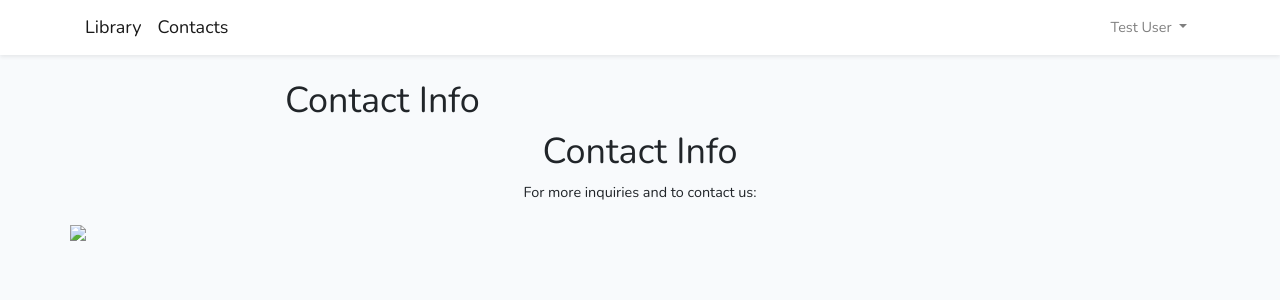
Repository: laravel-sys/groupOne
Page: http://localhost/contacts
These files come from the project's save history. The page is drawn as it stood at one moment and after the next save; the edit follows.
The browser window is 1280 px wide. The pictures show the whole page.
The page is served by the project's Laravel application, run on PHP 8.4 with Laravel 8. A made-up administrator, Test User (test@example.com), is signed in. Other server files are loaded and not shown. Style sheets and scripts are compiled from the project's sources, by tool versions that may differ from the author's. Queries for data that is not in the repository find no rows.

Above is the page before, as saved 2021-03-26 23:01:44.

### routes/web.php
<?php
use App\Http\Controllers\ContactsController;
use Illuminate\Support\Facades\Route;

/*
|--------------------------------------------------------------------------
| Web Routes
|--------------------------------------------------------------------------
|
| Here is where you can register web routes for your application. These
| routes are loaded by the RouteServiceProvider within a group which
| contains the "web" middleware group. Now create something great!
|
*/

Route::get('/', function () {
    return view('welcome');
});

Auth::routes();

Route::get('/home', [App\Http\Controllers\HomeController::class, 'index'])->name('home');

Route::resource('contacts', ContactsController::class);

### app/Models/User.php
<?php

namespace App\Models;

use Illuminate\Contracts\Auth\MustVerifyEmail;
use Illuminate\Database\Eloquent\Factories\HasFactory;
use Illuminate\Foundation\Auth\User as Authenticatable;
use Illuminate\Notifications\Notifiable;

class User extends Authenticatable
{
    use HasFactory, Notifiable;

    /**
     * The attributes that are mass assignable.
     *
     * @var array
     */
    protected $fillable = [
        'name',
        'email',
        'password',
    ];

    /**
     * The attributes that should be hidden for arrays.
     *
     * @var array
     */
    protected $hidden = [
        'password',
        'remember_token',
    ];

    /**
     * The attributes that should be cast to native types.
     *
     * @var array
     */
    protected $casts = [
        'email_verified_at' => 'datetime',
    ];

    public function contacts(){
        return $this->hasMany(Contact::class);
    }
}

### app/Http/Controllers/ContactsController.php
<?php

namespace App\Http\Controllers;

use App\Models\Contact;
use Illuminate\Http\Request;

use Illuminate\Support\Facades\Auth;

class ContactsController extends Controller
{
    public function __construct()
    {
        $this->middleware('auth' ,['except' => [
            'index',
        ]]);
        //$this->middleware('auth');
    }

    /**
     * Display a listing of the resource.
     *
     * @return \Illuminate\Http\Response
     */
    public function index()
    {
        $user=Auth::user();
        return view('index',['contacts'=>$user->contacts]);
        //return "OK";
    }

    /**
     * Show the form for creating a new resource.
     *
     * @return \Illuminate\Http\Response
     */
    public function create()
    {
        return view('create');
    }

    /**
     * Store a newly created resource in storage.
     *
     * @param  \Illuminate\Http\Request  $request
     * @return \Illuminate\Http\Response
     */
    public function store(Request $request)
    {
        request()->validate([
            'name' => 'required',
            'email' => 'required',
            'phone' => 'required',
            'subject' => 'required',
            'message' => 'required',
        ]);

        $contact->name = request('name');
        $contact->email = request('email');
        $contact->phone = request('phone');
        $contact->subject = request('subject');
        $contact->message = request('message');
        $contact->user_id = Auth::user()->id;

        $task->save();
        return redirect('contacts');
    }

    /**
     * Display the specified resource.
     *
     * @param  \App\Models\Contact  $contact
     * @return \Illuminate\Http\Response
     */
    public function show(Contact $contact)
    {
        return view('show', ['contact' => $contact]);
    }

    /**
     * Show the form for editing the specified resource.
     *
     * @param  \App\Models\Contact  $contact
     * @return \Illuminate\Http\Response
     */
    public function edit(Contact $contact)
    {
        return view('edit' , ['contact' => $contact]);
    }

    /**
     * Update the specified resource in storage.
     *
     * @param  \Illuminate\Http\Request  $request
     * @param  \App\Models\Contact  $contact
     * @return \Illuminate\Http\Response
     */
    public function update(Request $request, Contact $contact)
    {
        request()->validate([
            'name' => 'required',
            'email' => 'required',
            'phone' => 'required',
            'subject' => 'required',
            'message' => 'required',
        ]);

        $contact->name = request('name');
        $contact->email = request('email');
        $contact->phone = request('phone');
        $contact->subject = request('subject');
        $contact->message = request('message');
        $contact->user_id = Auth::user()->id;

        $contact->save();
        return redirect(route('contacts.index'));
    }

    /**
     * Remove the specified resource from storage.
     *
     * @param  \App\Models\Contact  $contact
     * @return \Illuminate\Http\Response
     */
    public function destroy(Contact $contact)
    {
        // $contact->delete();
        // return redirect(route('contacts.index'));
    }
}

### app/Models/Contact.php
<?php

namespace App\Models;

use Illuminate\Database\Eloquent\Factories\HasFactory;
use Illuminate\Database\Eloquent\Model;

class Contact extends Model
{
    use HasFactory;
    public function user(){
        return $this->belongsTo(User::class);
    }
}

### resources/views/index.blade.php
@extends('layouts.app')

@section('content')
<div class="container">
    <div class="col-lg-8 m-auto">
        <h1>Contact Info</h1>
        @foreach ($contacts as $contact)
            <div class="card mt-3">
                <p><a href="contacts/{{$contact->id}}"></p>
                <h3>Name:{{$contact->name}}</h3>
                <h3>Email:{{$contact->email}}</h3>
                <h3>Phone Number:{{$contact->phone}}</h3>
                <h3>Subject:{{$contact->subject}}</h3>
                <h3>Message:{{$contact->message}}</h3>
            </div>

        @endforeach
    </div>
</div>



            <div class="container">
            <div style="text-align:center">
                <h1>Contact Info</h1>
                    <p>For more inquiries and to contact us:</p>
            </div>
            <div class="row">
                <div class="column">
                <img src="/w3images/map.jpg" style="width:100%">
                </div>
                <div class="column">
                        <h3></h3>
                </div>
              </div>
            </div>
@endsection

### resources/views/layouts/app.blade.php
<!doctype html>
<html lang="{{ str_replace('_', '-', app()->getLocale()) }}">
<head>
    <meta charset="utf-8">
    <meta name="viewport" content="width=device-width, initial-scale=1">

    <!-- CSRF Token -->
    <meta name="csrf-token" content="{{ csrf_token() }}">

    <title>{{ config('app.name', 'Laravel') }}</title>

    <!-- Scripts -->
    <script src="{{ asset('js/app.js') }}" defer></script>

    <!-- Fonts -->
    <link rel="dns-prefetch" href="//fonts.gstatic.com">
    <link href="https://fonts.googleapis.com/css?family=Nunito" rel="stylesheet">
    <link rel="stylesheet" href="https://cdn.jsdelivr.net/npm/bootstrap@4.6.0/dist/css/bootstrap.min.css" integrity="sha384-B0vP5xmATw1+K9KRQjQERJvTumQW0nPEzvF6L/Z6nronJ3oUOFUFpCjEUQouq2+l" crossorigin="anonymous">

    <!-- Styles -->
    <link href="{{ asset('css/app.css') }}" rel="stylesheet">
</head>
<body>
    <div id="app">
        <nav class="navbar navbar-expand-md navbar-light bg-white shadow-sm">
            <div class="container">
                <a class="navbar-brand" href="{{ url('/home') }}">
                   Library
                </a>
                <button class="navbar-toggler" type="button" data-toggle="collapse" data-target="#navbarSupportedContent" aria-controls="navbarSupportedContent" aria-expanded="false" aria-label="{{ __('Toggle navigation') }}">
                    <span class="navbar-toggler-icon"></span>
                </button>

                <div class="collapse navbar-collapse" id="navbarSupportedContent">
                    <!-- Left Side Of Navbar -->
                    <ul class="navbar-nav mr-auto">
                            <a class="navbar-brand" href="{{ url('/contacts') }}">
                                  Contacts
                            </a>
                    </ul>

                    <!-- Right Side Of Navbar -->
                    <ul class="navbar-nav ml-auto">
                        <!-- Authentication Links -->
                        @guest
                            @if (Route::has('login'))
                                <li class="nav-item">
                                    <a class="nav-link" href="{{ route('login') }}">{{ __('Login') }}</a>
                                </li>
                            @endif

                            @if (Route::has('register'))
                                <li class="nav-item">
                                    <a class="nav-link" href="{{ route('register') }}">{{ __('Register') }}</a>
                                </li>
                            @endif
                        @else
                            <li class="nav-item dropdown">
                                <a id="navbarDropdown" class="nav-link dropdown-toggle" href="#" role="button" data-toggle="dropdown" aria-haspopup="true" aria-expanded="false" v-pre>
                                    {{ Auth::user()->name }}
                                </a>

                                <div class="dropdown-menu dropdown-menu-right" aria-labelledby="navbarDropdown">
                                    <a class="dropdown-item" href="{{ route('logout') }}"
                                       onclick="event.preventDefault();
                                                     document.getElementById('logout-form').submit();">
                                        {{ __('Logout') }}
                                    </a>

                                    <form id="logout-form" action="{{ route('logout') }}" method="POST" class="d-none">
                                        @csrf
                                    </form>
                                </div>
                            </li>
                        @endguest
                    </ul>
                </div>
            </div>
        </nav>

        <main class="py-4">
            @yield('content')
        </main>
    </div>

    <script src="https://code.jquery.com/jquery-3.5.1.slim.min.js" integrity="sha384-DfXdz2htPH0lsSSs5nCTpuj/zy4C+OGpamoFVy38MVBnE+IbbVYUew+OrCXaRkfj" crossorigin="anonymous"></script>
    <script src="https://cdn.jsdelivr.net/npm/bootstrap@4.6.0/dist/js/bootstrap.bundle.min.js" integrity="sha384-Piv4xVNRyMGpqkS2by6br4gNJ7DXjqk09RmUpJ8jgGtD7zP9yug3goQfGII0yAns" crossorigin="anonymous"></script>

</body>
</html>

Loaded but not shown: app/Http/Controllers/Auth/ConfirmPasswordController.php (common file); app/Http/Controllers/Controller.php (common file); resources/sass/app.scss (common file); resources/sass/_variables.scss (common file)

After the next save:
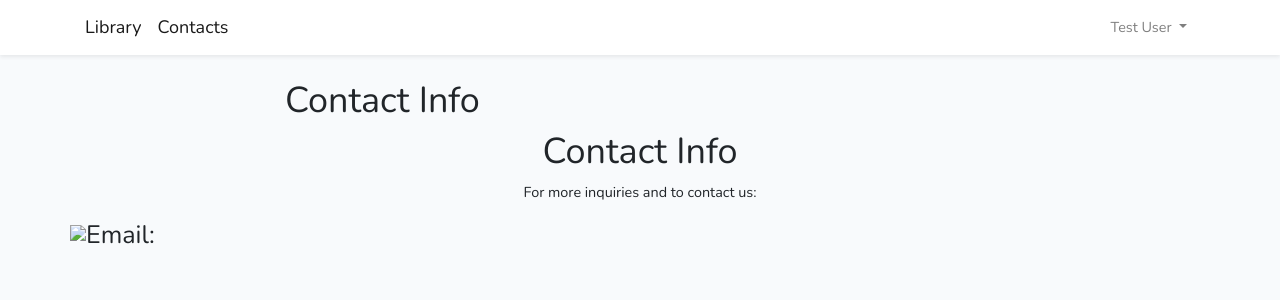
Saved 15 s later.
--- a/resources/views/index.blade.php
+++ b/resources/views/index.blade.php
@@ -30,7 +30,7 @@
                 <img src="/w3images/map.jpg" style="width:100%">
                 </div>
                 <div class="column">
-                        <h3></h3>
+                        <h3>Email: </h3>
                 </div>
               </div>
             </div>
